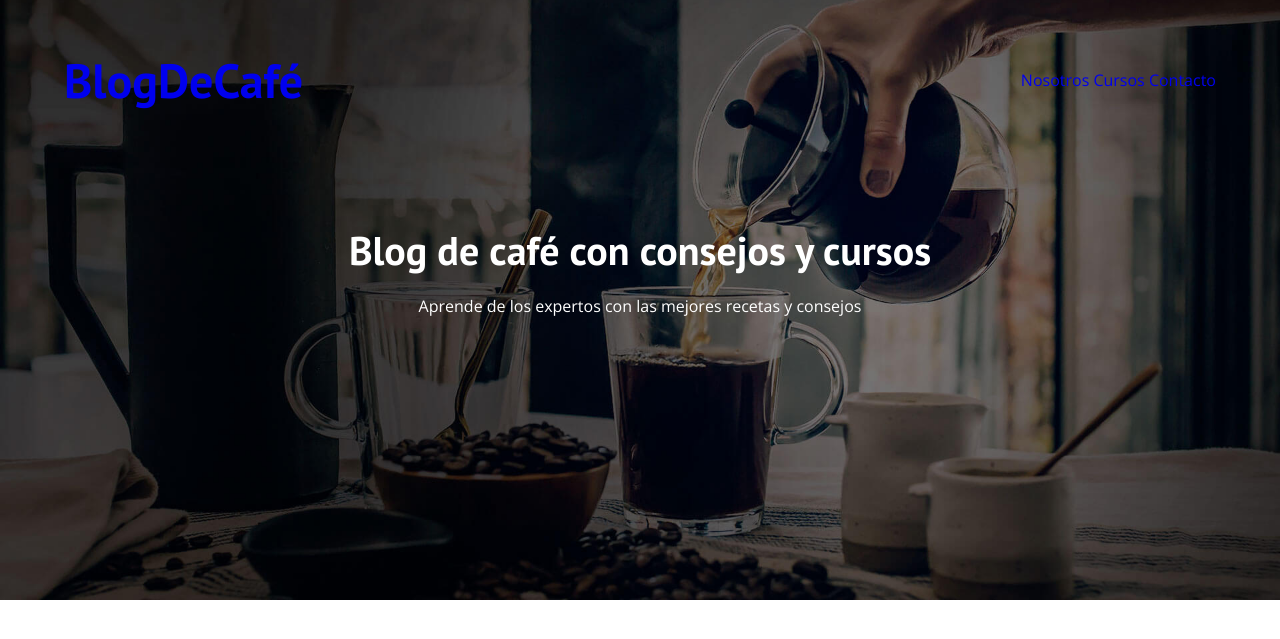
Repository: araque1990/blog_de_cafe
Page: index.html
The author's editor kept a copy of each file at every save. The page is drawn from the files as they stood at one save, then again after the next save.
The browser window is 1280 px wide. The pictures show the whole page.

Above is the page before, as saved 2023-01-11 11:34:20.

After the next save:
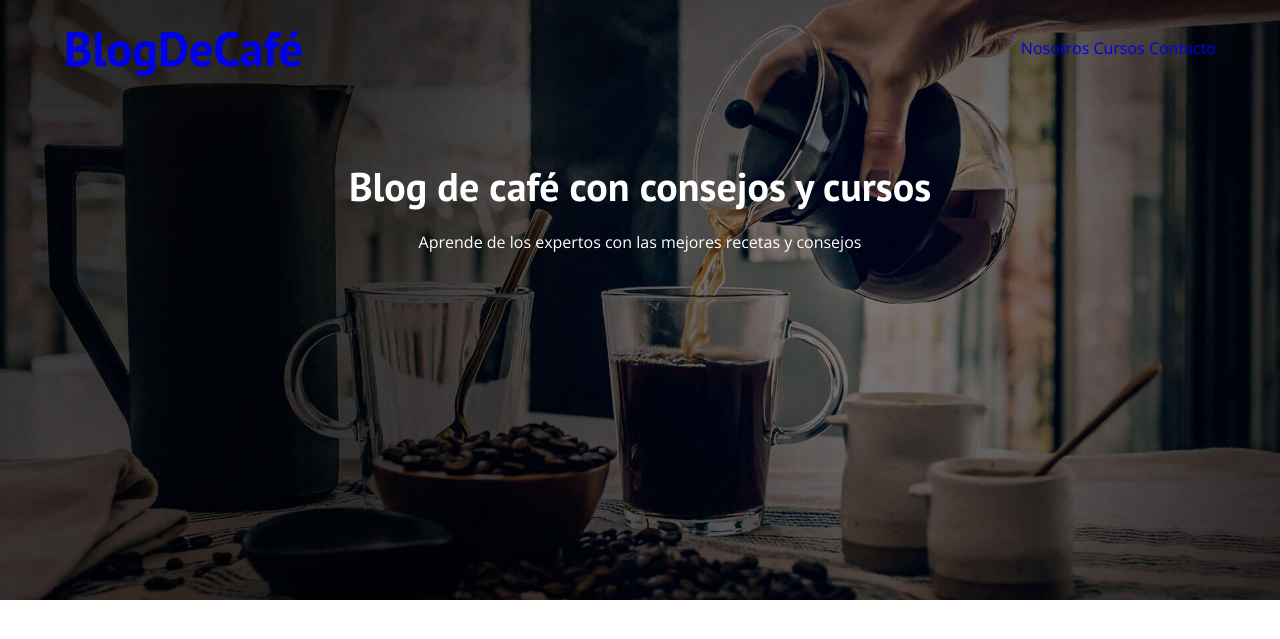
Saved 2 min 25 s later.
--- a/index.html
+++ b/index.html
@@ -15,7 +15,7 @@
     <div class="contenedor">
       <div class="barra">
         <a class="logo" href="index.html">
-          <h1 class="logo__nombre">Blog<span class="logo__bold">DeCafé</span></h1>
+          <h1 class="logo__nombre no-margin">Blog<span class="logo__bold">DeCafé</span></h1>
         </a>
 
         <nav class="navegacion">
